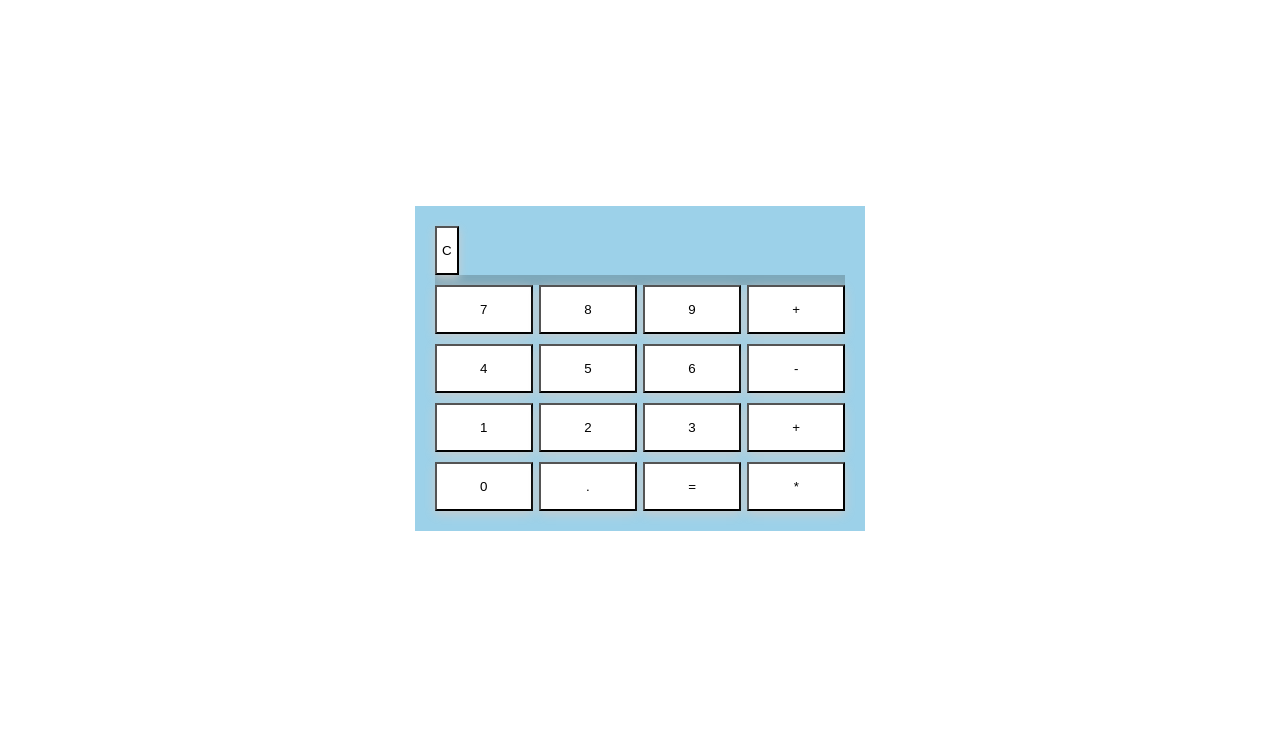
Repository: sem1103/calculator
Page: index.html
An editor plug-in stored every save of this project. The page is shown before and after the next save, followed by the edit.
The browser window is 1280 px wide. The pictures show the whole page.

Above is the page before, as saved 2023-11-01 19:46:15.

### index.html
<!DOCTYPE html>
<html lang="en">

<head>
    <meta charset="UTF-8">
    <meta name="viewport" content="width=device-width, initial-scale=1.0">
    <title>Calc</title>
    <style>
        .calc__container {
            display: flex;
            justify-content: center;
            height: 100vh;
            align-items: center;
        }

        .calc__wrapper {
            max-width: 900px;
            background-color: #9cd1e9;
            padding: 20px;
        }
        .calc__display{
            padding: 5px;
            background-color: #7da8ba;
        }
        .calc__main {
            display: flex;
            flex-direction: row;
            flex-wrap: wrap;
            justify-content: space-between;
            row-gap: 10px;
            column-gap: 5px;

        }

        button {
            padding: 15px 5px;
            text-align: center;
            background-color: #fff;
            box-shadow: 0 3px 10px #ccc;
            flex-basis: calc(25% - 5px);

        }
    </style>
</head>

<body>
    <div class="calc__container">
        <div class="calc__wrapper">
            <div class="calc__header">
                <button>C</button>
                <div class="calc__display">

                </div>
            </div>
            <div class="calc__main">
                <button>7</button>
                <button>8</button>
                <button>9</button>
                <button>+</button>
                <button>4</button>
                <button>5</button>
                <button>6</button>
                <button>-</button>
                <button>1</button>
                <button>2</button>
                <button>3</button>
                <button>+</button>
                <button>0</button>
                <button>.</button>
                <button>=</button>
                <button>*</button>
            </div>
        </div>
    </div>
</body>

</html>

After the next save:
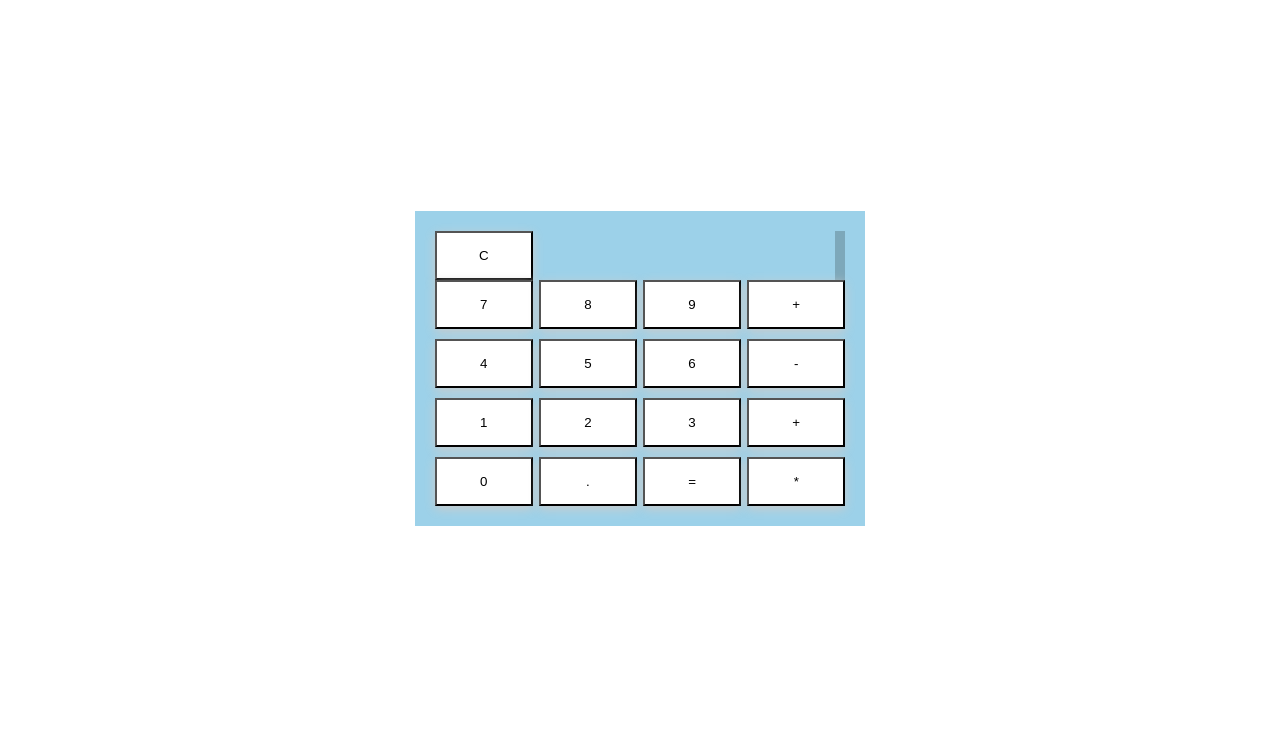
Saved 17 s later.
--- a/index.html
+++ b/index.html
@@ -22,7 +22,7 @@
             padding: 5px;
             background-color: #7da8ba;
         }
-        .calc__main {
+        .calc__main , .calc__header{
             display: flex;
             flex-direction: row;
             flex-wrap: wrap;
